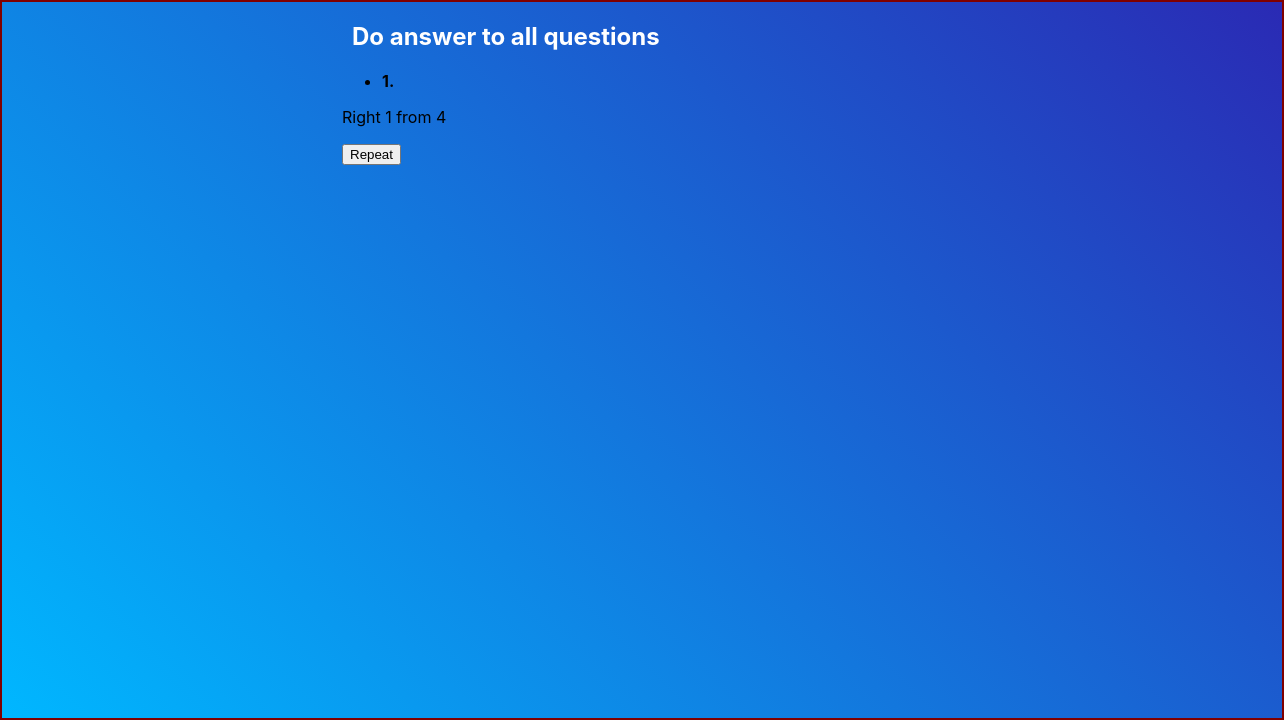
Repository: GregorPiev/react-quizes
Page: /
An editor plug-in stored every save of this project. The page is shown before and after the next save, followed by the edit.
The browser window is 1280 px wide. The page is 1284 px wide, so the pictures cover 1284 px, including what lies to the right of the window. The pictures show the whole page.
The project was rebuilt for these pictures with package versions that can differ from the ones it lists, and the page was loaded fresh each time. Also part of the build but not shown: src/components/ActiveQuiz/ActiveQuiz.module.css, src/components/ActiveQuiz/AnswersList/AnswersList.module.css, src/components/ActiveQuiz/AnswersList/AnswerItem/AnswerItem.module.css, src/components/ActiveQuiz/AnswersList/AnswerItem/AnswerItem.js, src/components/ActiveQuiz/AnswersList/AnswersList.js, src/components/ActiveQuiz/ActiveQuiz.js, src/components/FinishQuiz/FinishQuiz.module.css.

Above is the page before, as saved 2020-06-29 12:57:24.

After the next save:
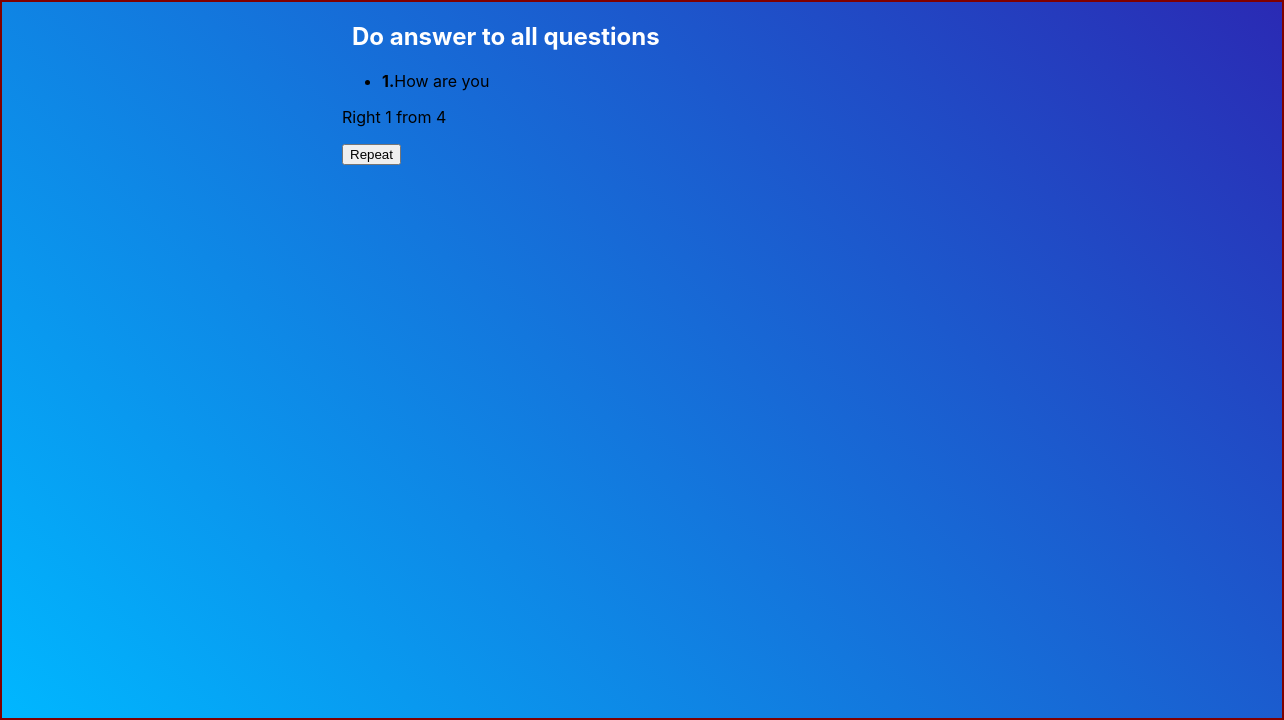
Saved 20 s later.
--- a/src/components/FinishQuiz/FinishQuiz.js
+++ b/src/components/FinishQuiz/FinishQuiz.js
@@ -8,6 +8,7 @@ const FinishQuiz = props => {
                 <li>
                     <strong>1.</strong>
                     <i className={classes.FinishQuiz} />
+                    How are you
 
                 </li>
             </ul>
